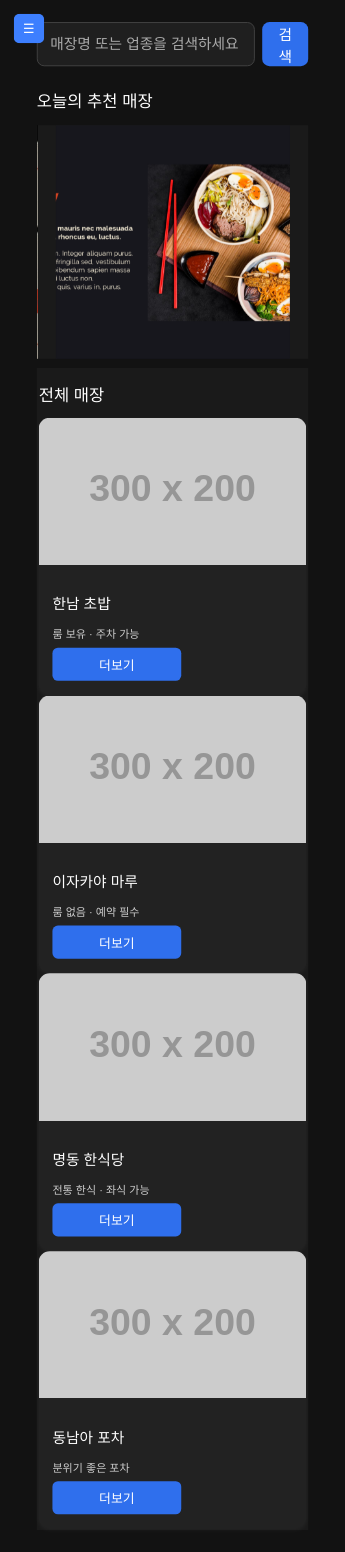
Repository: noiredex/Choplan-API
Page: / (app in choplan/frontend_main/)
The author's editor kept a copy of each file at every save. The page is drawn from the files as they stood at one save, then again after the next save.
The browser window is 375 px wide. The pictures show the whole page, at 92% of full size.
The project was rebuilt for these pictures with package versions that can differ from the ones it lists, and the page was loaded fresh each time. Also part of the build but not shown: choplan/frontend_main/vite.config.js, choplan/frontend_main/vite.config.ts, choplan/frontend_main/src/styles/StoreDetailPage.css, choplan/frontend_main/src/pages/StoreDetailPage.jsx.

Above is the page before, as saved 2025-10-29 15:55:11.

### choplan/frontend_main/index.html
<!doctype html>
<html lang="en">
  <head>
    <meta charset="UTF-8" />
    <link rel="icon" type="image/svg+xml" href="/vite.svg" />
    <meta name="viewport" content="width=device-width, initial-scale=1.0" />
    <title>frontend_main</title>
  </head>
  <body>
    <div id="root"></div>
    <script type="module" src="/src/main.jsx"></script>
  </body>
</html>

### choplan/frontend_main/src/App.jsx
import { Routes, Route } from "react-router-dom";
import HomePage from "./pages/HomePage";
import StoreDetailPage from "./pages/StoreDetailPage";
import "./App.css";

export default function App() {
  return (
    <Routes>
      <Route path="/" element={<HomePage />} />
      <Route path="/store/:id" element={<StoreDetailPage />} />
    </Routes>
  );
}

### choplan/frontend_main/src/pages/Homepage.jsx
import React, { useState } from "react";
import Sidebar from "../components/common/Sidebar";
import SearchBar from "../components/home/SearchBar";
import BannerSlider from "../components/home/BannerSlider";
import RecommendedStores from "../components/home/RecommendedStores";
import "../styles/HomePage.css";

export default function HomePage() {
  const [selectedCategory, setSelectedCategory] = useState("전체");
  const [searchQuery, setSearchQuery] = useState("");

  return (
    <div className="home-container">
      {/* 사이드바 */}
      <Sidebar
        selectedCategory={selectedCategory}
        onSelectCategory={setSelectedCategory}
        searchQuery={searchQuery}
      />

      {/* 메인 콘텐츠 */}
      <div className="main-content">
        <SearchBar onSearch={setSearchQuery} />

        {/* 추천 배너 */}
        <section className="banner-section">
          <h2>오늘의 추천 매장</h2>
          <BannerSlider />
        </section>

        {/* 매장 목록 */}
        <section className="store-section">
          <RecommendedStores
            category={selectedCategory}
            searchQuery={searchQuery}
          />
        </section>
      </div>
    </div>
  );
}

### choplan/frontend_main/src/App.css
/* ==============================
   App.css — 전역 스타일
   ============================== */

/* 기본 페이지 레이아웃 */
html, body {
  margin: 0;
  padding: 0;
  background-color: #181818; /* Soft Charcoal */
  color: #E0E0E0;
  font-family: 'Noto Sans KR', sans-serif;
  display: flex;
  justify-content: center;
}

/* 전체 앱을 중앙에 고정 (모바일 480px 기준) */
#root {
  width: 100%;
  max-width: 480px;
  min-height: 100vh;
  background-color: #1E1E1E;
  box-shadow: 0 0 20px rgba(0, 0, 0, 0.4);
  overflow-x: hidden;
  position: relative;
}

/* 스크롤바 다크모드 스타일 */
::-webkit-scrollbar {
  width: 6px;
}
::-webkit-scrollbar-track {
  background: #1a1a1a;
}
::-webkit-scrollbar-thumb {
  background: #444;
  border-radius: 4px;
}
::-webkit-scrollbar-thumb:hover {
  background: #555;
}

/* 공통 버튼 스타일 */
button {
  background-color: #3D7FFF;
  color: white;
  border: none;
  border-radius: 8px;
  padding: 10px 16px;
  cursor: pointer;
  transition: background-color 0.2s ease;
}
button:hover {
  background-color: #5596FF;
}

/* 링크 */
a {
  text-decoration: none;
  color: inherit;
}

### choplan/frontend_main/src/components/common/Sidebar.jsx
import React, { useState, useEffect } from "react";
import "../../styles/Sidebar.css";

export default function Sidebar({ selectedCategory, onSelectCategory, searchQuery }) {
  const [isOpen, setIsOpen] = useState(false);

  const categories = [
    "전체",
    "이자카야",
    "초밥",
    "한식",
    "양식",
    "중식",
    "동남아",
    "인도",
    "기타",
  ];

  // 검색어에 따라 자동 카테고리 선택
  useEffect(() => {
    if (searchQuery && searchQuery.trim() !== "") {
      const matched = categories.find((cat) => searchQuery.includes(cat));
      if (matched) onSelectCategory(matched);
    }
  }, [searchQuery]);

  return (
    <>
      {/* 햄버거 버튼 (항상 노출) */}
      <button
        className="sidebar-toggle"
        onClick={() => setIsOpen(!isOpen)}
        aria-label="메뉴 열기"
      >
        ☰
      </button>

      {/* 오버레이 (열릴 때만) */}
      {isOpen && <div className="overlay" onClick={() => setIsOpen(false)}></div>}

      {/* 세로형 사이드바 */}
      <aside className={`sidebar ${isOpen ? "open" : ""}`}>
        <ul className="sidebar-list">
          {categories.map((category, index) => (
            <li
              key={index}
              className={selectedCategory === category ? "active" : ""}
              onClick={() => {
                onSelectCategory(category);
                setIsOpen(false);
              }}
            >
              {category}
            </li>
          ))}
        </ul>
      </aside>
    </>
  );
}

### choplan/frontend_main/src/components/home/SearchBar.jsx
import React, { useState } from "react";
import "../../styles/SearchBar.css";

export default function SearchBar({ onSearch }) {
  const [query, setQuery] = useState("");

  const handleInputChange = (e) => {
    setQuery(e.target.value);
  };

  const handleSearch = (e) => {
    e.preventDefault();
    onSearch(query);
  };

  return (
    <form className="search-bar" onSubmit={handleSearch}>
      <input
        type="text"
        placeholder="매장명 또는 업종을 검색하세요"
        value={query}
        onChange={handleInputChange}
      />
      <button type="submit">검색</button>
    </form>
  );
}

### choplan/frontend_main/src/components/home/BannerSlider.jsx
import React from "react";
import { Swiper, SwiperSlide } from "swiper/react";
import { Autoplay, Pagination } from "swiper/modules";
import "swiper/css";
import "swiper/css/pagination";
import "../../styles/BannerSlider.css";

const images = [
  "/images/banner4.jpg",
  "/images/banner2.jpg",
  "/images/banner3.jpg"
];

export default function BannerSlider() {
  return (
    <div className="banner-slider">
      <Swiper
        modules={[Autoplay, Pagination]}
        slidesPerView={1.15}
        centeredSlides={true}
        spaceBetween={20}
        loop={true}
        autoplay={{ delay: 3000, disableOnInteraction: false }}
        pagination={{ clickable: true }}
        className="custom-swiper"
      >
        {images.map((src, index) => (
          <SwiperSlide key={index} className="banner-slide">
            <img src={src} alt={`배너 ${index + 1}`} />
          </SwiperSlide>
        ))}
      </Swiper>
    </div>
  );
}

### choplan/frontend_main/src/components/home/RecommendedStores.jsx
import React, { useEffect, useState } from "react";
import { useNavigate } from "react-router-dom";
import "../../styles/RecommendedStores.css";

export default function RecommendedStores({ category, searchQuery }) {
  const [stores, setStores] = useState([]);
  const navigate = useNavigate(); // 페이지 이동 훅

  // 예시 데이터 (실제 API 연결 시 이 부분 대체)
  const allStores = [
    { id: 1, name: "한남 초밥", category: "초밥", desc: "룸 보유 · 주차 가능", img: "https://placehold.co/300x200" },
    { id: 2, name: "이자카야 마루", category: "이자카야", desc: "룸 없음 · 예약 필수", img: "https://placehold.co/300x200" },
    { id: 3, name: "명동 한식당", category: "한식", desc: "전통 한식 · 좌식 가능", img: "https://placehold.co/300x200" },
    { id: 4, name: "동남아 포차", category: "동남아", desc: "분위기 좋은 포차", img: "https://placehold.co/300x200" },
  ];

  useEffect(() => {
    let filtered = allStores;

    // 검색어 반영
    if (searchQuery) {
      filtered = filtered.filter((store) =>
        store.name.toLowerCase().includes(searchQuery.toLowerCase())
      );
    }

    // 카테고리 반영
    if (category && category !== "전체") {
      filtered = filtered.filter((store) => store.category === category);
    }

    setStores(filtered);
  }, [category, searchQuery]);

  return (
    <div className="recommended-stores">
      <h2>{category ? category : "전체"} 매장</h2>

      <div className="store-grid">
        {stores.length > 0 ? (
          stores.map((store) => (
            <div className="store-card" key={store.id}>
              <img src={store.img} alt={store.name} />
              <div className="store-info">
                <h3>{store.name}</h3>
                <p>{store.desc}</p>
                <button onClick={() => navigate(`/store/${store.id}`)}>더보기</button>
              {/* 더보기 클릭시 /store/매장id 페이지로 이동 */}
              </div>
            </div>
          ))
        ) : (
          <p className="no-results">검색 결과가 없습니다.</p>
        )}
      </div>
    </div>
  );
}

### choplan/frontend_main/src/styles/HomePage.css
/* ===== 기본 구조 ===== */
.home-container {
  display: flex;
  flex-direction: row;
  align-items: stretch;
  justify-content: flex-start;
  width: 100%;
  min-height: 100vh;
  background-color: #121212; /* 다크모드 배경 */
  overflow: hidden;
  box-sizing: border-box;
  color: #f0f0f0;
}

/* ===== 메인 콘텐츠 ===== */
.main-content {
  flex: 1;
  display: flex;
  flex-direction: column;
  justify-content: flex-start;
  align-items: stretch;
  padding: 24px 40px;
  overflow-y: auto;
  transition: all 0.3s ease;
}

/* ===== 검색바 ===== */
.search-bar {
  margin-bottom: 10px; /* 기존보다 10px 줄임 */
}

/* ===== 베너 섹션 ===== */
.benner-section {
  text-align: center;
  margin-top: 10px; /* 기존보다 10px 줄임 */
  margin-bottom: 20px; /* 아래 ‘전체매장’ 간격 줄임 */
  display: flex;
  flex-direction: column;
  align-items: center;
}

.banner-section h2 {
  font-size: 20px; /* 기존 24px → 20px */
  font-weight: 700;
  color: #ffffff;
  margin-bottom: 12px;
}

.banner-section .swiper-container {
  width: 100%;
  max-width: 1200px;
  aspect-ratio: 16 / 9;
  border-radius: 12px;
  overflow: hidden;
  object-fit: cover;
  height: auto !important;
  flex-shrink: 0;
}

.banner-section .swiper-slide img {
  width: 100%;
  height: 100%;
  object-fit: cover;
  display: block;
}

/* ===== 추천 매장 섹션 ===== */
.store-section {
  width: 100%;
  margin-top: 10px; /* 기존보다 10px 줄임 */
  flex-grow: 1;
}

/* 반응형 대응 */
@media (max-width: 1024px) {
  .banner-section h2 {
    font-size: 18px;
  }
}

### choplan/frontend_main/src/styles/Sidebar.css
/* ==============================
   Sidebar.css — 카테고리 & 햄버거 버튼
   ============================== */

/* ===== 사이드바 전체 ===== */
.sidebar {
  position: fixed;
  top: 0;
  left: 0;
  width: 220px;
  height: 100%;
  background: #202020; /* Soft Charcoal */
  border-right: 1px solid #2c2c2c;
  overflow-y: auto;
  transform: translateX(-100%);
  transition: transform 0.3s ease-in-out;
  z-index: 1000;
}

/* 열렸을 때 */
.sidebar.open {
  transform: translateX(0);
}

/* ===== 햄버거 버튼 ===== */
.sidebar-toggle {
  position: fixed;
  top: 20px;
  left: 20px;
  z-index: 1100;
  background: #3D7FFF;
  color: white;
  border: none;
  border-radius: 6px;
  padding: 10px 12px;
  font-size: 16px;
  cursor: pointer;
  transition: background 0.2s ease;
}

.sidebar-toggle:hover {
  background: #5596FF;
}

/* ===== 카테고리 리스트 ===== */
.sidebar-list {
  list-style: none;
  margin: 70px 0 0 0; /* 버튼 아래쪽 여백 확보 */
  padding: 0;
  display: flex;
  flex-direction: column;
}

.sidebar-list li {
  padding: 14px 18px;
  color: #E0E0E0;
  font-size: 15px;
  cursor: pointer;
  border-bottom: 1px solid #2b2b2b;
  transition: all 0.2s ease;
}

.sidebar-list li:hover {
  background-color: #2a2a2a;
}

.sidebar-list li.active {
  background-color: #3D7FFF;
  color: #fff;
  font-weight: 600;
}

/* “전체” 항목 상단 고정 */
.sidebar-list li:first-child {
  position: sticky;
  top: 0;
  background: #202020;
  z-index: 3;
  font-weight: bold;
  border-bottom: 1px solid #2c2c2c;
}

/* ===== 스크롤바 ===== */
.sidebar-list::-webkit-scrollbar {
  width: 6px;
}
.sidebar-list::-webkit-scrollbar-thumb {
  background: #333;
  border-radius: 3px;
}
.sidebar-list::-webkit-scrollbar-thumb:hover {
  background: #444;
}

/* ===== 반응형 ===== */
@media (max-width: 1024px) {
  .sidebar {
    width: 220px;
  }
}

@media (max-width: 600px) {
  .sidebar {
    width: 200px;
  }

  .sidebar-list li {
    font-size: 14px;
    padding: 12px 14px;
  }

  .sidebar-toggle {
    padding: 8px 10px;
    font-size: 14px;
    top: 15px;
    left: 15px;
  }
}

### choplan/frontend_main/src/styles/SearchBar.css
.search-bar {
  display: flex;
  align-items: center; /* 세로 중앙 정렬 */
  justify-content: center;
  width: 100%;
  max-width: 600px;
  margin: 0 auto;
}

.search-bar input {
  flex: 1;
  height: 48px; /* 버튼과 동일 높이 */
  padding: 0 14px;
  border: 1px solid #444;
  border-radius: 8px;
  background-color: #1f1f1f;
  color: #f0f0f0;
  font-size: 16px;
  outline: none;
  box-sizing: border-box;
}

.search-bar input::placeholder {
  color: #aaa;
}

.search-bar button {
  height: 48px; /* input과 완전 동일 높이 */
  padding: 0 18px;
  border: none;
  background-color: #2f6fed;
  color: white;
  font-size: 16px;
  border-radius: 8px;
  margin-left: 8px; /* input과의 간격 */
  cursor: pointer;
  transition: background-color 0.2s ease;
}

.search-bar button:hover {
  background-color: #1d56c4;
}

### choplan/frontend_main/src/styles/BannerSlider.css
.banner-slider {
  position: relative;
  width: 100%;
  margin: 0;
  border-radius: 0;
  overflow: hidden;
  background-color: #1a1a1a;
}

.banner-slide {
  width: 100%;
  aspect-ratio: 16 / 9;
  display: flex;
  align-items: center;
  justify-content: center;
  background-color: #1e1e1e;
  box-shadow: none;
}

.banner-slide img {
  width: 100%;
  height: 100%;
  object-fit: cover;
  display: block;
  border-radius: 0;
}

.banner-indicators,
.swiper-pagination-bullets {
  position: absolute;
  bottom: 14px;
  left: 50%;
  transform: translateX(-50%);
  display: flex;
  gap: 6px;
  z-index: 10;
}

.swiper-pagination-bullet {
  background-color: rgba(255, 255, 255, 0.4);
  opacity: 1;
  width: 8px;
  height: 8px;
  border-radius: 50%;
}

.swiper-pagination-bullet-active {
  background-color: #3d7fff;
}

@media (max-width: 600px) {
  .banner-slide {
    aspect-ratio: 1 / 1;
  }

  .swiper-pagination-bullets {
    bottom: 10px;
  }
}

### choplan/frontend_main/src/styles/RecommendedStores.css
/* ===== 컨테이너 ===== */
.recommended-stores {
  padding: 2px;
  background: #1a1a1a;
}

/* ===== 섹션 제목 ===== */
.recommended-stores h2 {
  font-size: 18px; /* ‘오늘의 추천 매장’과 동일한 크기 */
  margin-bottom: 10px;
  font-weight: 600;
  color: #ffffff;
}

/* ===== 매장 카드 그리드 ===== */
.store-grid {
  display: grid;
  gap: 1px;
  width: 100%;
  max-width: 1200px;
  margin: 0 auto;
  grid-template-columns: repeat(auto-fit, minmax(280px, 1fr));
  transition: all 0.3s ease;
}

/* ===== 매장 카드 ===== */
.store-card {
  background: #222;
  border-radius: 12px;
  overflow: hidden;
  box-shadow: 0 2px 6px rgba(255, 255, 255, 0.05);
  display: flex;
  flex-direction: column;
  transition: transform 0.2s ease;
}

.store-card:hover {
  transform: translateY(-3px);
}

.store-card img {
  width: 100%;
  height: 160px;
  object-fit: cover;
}

.store-info {
  padding: 15px;
}

.store-info h3 {
  font-size: 16px;
  margin-bottom: 6px;
  color: #fff;
}

.store-info p {
  font-size: 12px;
  color: #ccc;
  margin-bottom: 5px;
}

.store-info button {
  width: 100%;
  max-width: 140px;
  padding: 8px 0;
  border: none;
  background-color: #2f6fed;
  color: white;
  font-size: 14px;
  border-radius: 6px;
  cursor: pointer;
  transition: background-color 0.2s ease;
}

.store-info button:hover {
  background-color: #1d56c4;
}

Loaded but not shown: choplan/frontend_main/src/main.jsx (common file); choplan/frontend_main/src/index.css (common file)

After the next save:
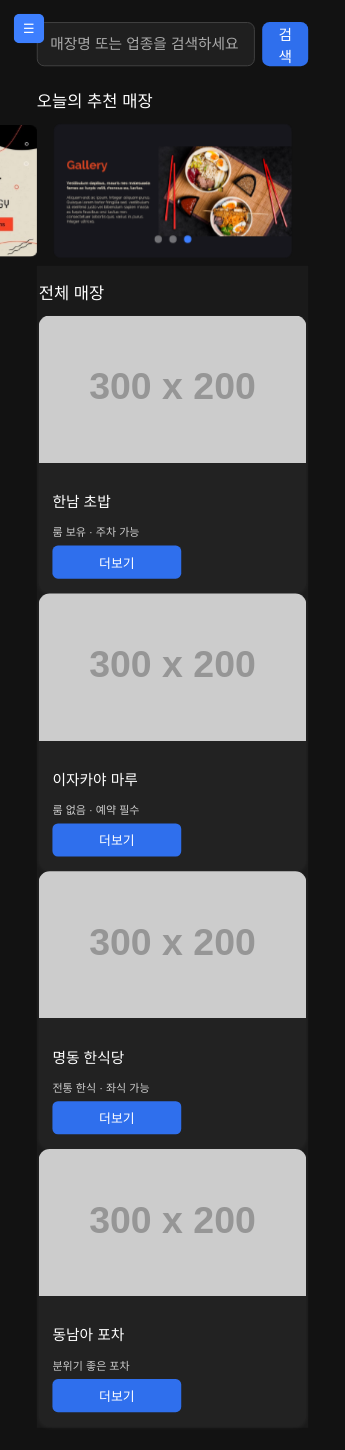
Saved 7 s later.
--- a/choplan/frontend_main/src/styles/BannerSlider.css
+++ b/choplan/frontend_main/src/styles/BannerSlider.css
@@ -1,39 +1,37 @@
 .banner-slider {
-  position: relative;
   width: 100%;
   margin: 0;
-  border-radius: 0;
-  overflow: hidden;
-  background-color: #1a1a1a;
+  overflow: visible;
+  background-color: transparent;
+}
+
+.custom-swiper {
+  width: 100%;
+  overflow: visible;
 }
 
 .banner-slide {
-  width: 100%;
-  aspect-ratio: 16 / 9;
   display: flex;
+  justify-content: center;
   align-items: center;
-  justify-content: center;
-  background-color: #1e1e1e;
-  box-shadow: none;
+  transition: transform 0.4s ease;
 }
 
 .banner-slide img {
   width: 100%;
-  height: 100%;
+  height: auto;
+  max-height: 440px;
+  border-radius: 12px;
   object-fit: cover;
-  display: block;
-  border-radius: 0;
 }
 
-.banner-indicators,
+.swiper-slide-active img {
+  transform: scale(1.02);
+  transition: transform 0.3s ease-in-out;
+}
+
 .swiper-pagination-bullets {
-  position: absolute;
-  bottom: 14px;
-  left: 50%;
-  transform: translateX(-50%);
-  display: flex;
-  gap: 6px;
-  z-index: 10;
+  bottom: 10px;
 }
 
 .swiper-pagination-bullet {
@@ -49,11 +47,8 @@
 }
 
 @media (max-width: 600px) {
-  .banner-slide {
-    aspect-ratio: 1 / 1;
-  }
-
-  .swiper-pagination-bullets {
-    bottom: 10px;
+  .banner-slide img {
+    max-height: 300px;
+    border-radius: 8px;
   }
 }
